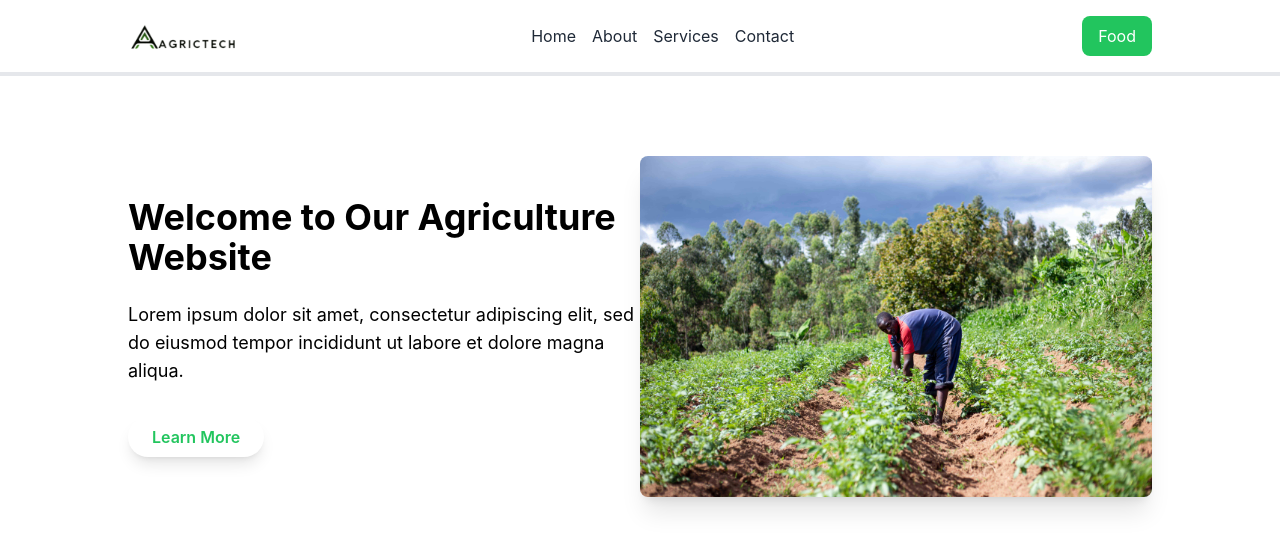
Repository: akinolapo/agric-tech
Page: /
An editor plug-in stored every save of this project. The page is shown before and after the next save, followed by the edit.
The browser window is 1280 px wide. The pictures show the whole page.
The project was rebuilt for these pictures with package versions that can differ from the ones it lists, and the page was loaded fresh each time.

Above is the page before, as saved 2023-05-27 00:10:14.

After the next save:
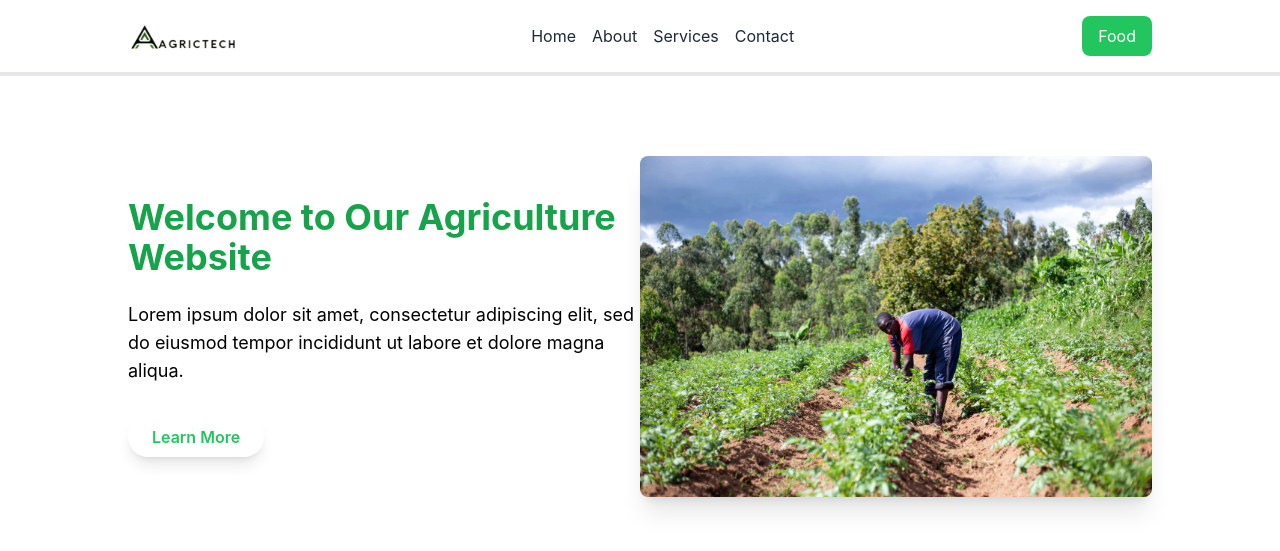
Saved 5 s later.
--- a/src/components/Hero.jsx
+++ b/src/components/Hero.jsx
@@ -5,7 +5,7 @@ const Hero = () => {
     <section className="bg-white text-black py-20 px-5 sm:px-32">
       <div className="container mx-auto flex flex-col lg:flex-row items-center">
         <div className="lg:w-1/2">
-          <h1 className="text-4xl font-bold mb-6 text-green">Welcome to Our Agriculture Website</h1>
+          <h1 className="text-4xl font-bold mb-6 text-green-600">Welcome to Our Agriculture Website</h1>
           <p className="text-lg mb-8">Lorem ipsum dolor sit amet, consectetur adipiscing elit, sed do eiusmod tempor incididunt ut labore et dolore magna aliqua.</p>
           <button className="bg-white text-green-500 py-2 px-6 rounded-full font-semibold shadow-lg hover:shadow-xl transition duration-300">Learn More</button>
         </div>
